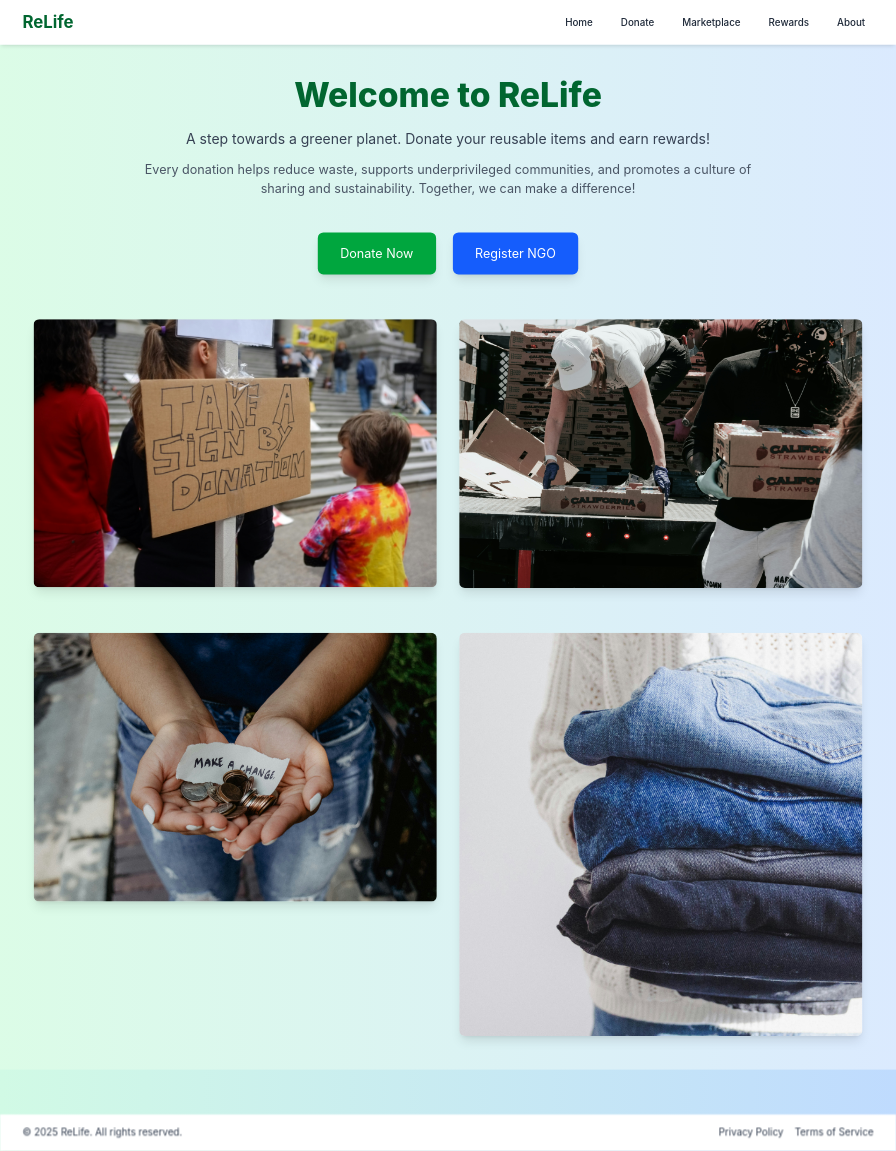
Repository: Harsh-verma24/edonation-drive
Page: / (app in frontend/)
An editor plug-in stored every save of this project. The page is shown before and after the next save, followed by the edit.
The browser window is 1280 px wide. The pictures show the whole page, at 70% of full size.
The project was rebuilt for these pictures with package versions that can differ from the ones it lists, and the page was loaded fresh each time. Also part of the build but not shown: frontend/vite.config.js, frontend/src/utils/axiosInstance.js, frontend/src/pages/Donate.jsx, frontend/src/pages/Rewards.jsx, frontend/src/pages/Marketplace.jsx, frontend/src/pages/About.jsx.

Above is the page before, as saved 2025-10-15 22:35:39.

### frontend/src/main.jsx
import { StrictMode } from 'react'
import { createRoot } from 'react-dom/client'
import './index.css'
import App from './App.jsx'
import { createBrowserRouter, RouterProvider } from 'react-router-dom';
import Navbar from './components/Navbar';
import Home from './pages/Home';
import Donate from './pages/Donate';
import Rewards from './pages/Rewards';
import Marketplace from './pages/Marketplace';
import About from './pages/About';

const router = createBrowserRouter([
  {
    path: '/',
    element: <App />, // Wrap all routes with App to include Navbar and Footer
    children: [
      { path: '/', element: <Home /> },
      { path: '/donate', element: <Donate /> },
      { path: '/rewards', element: <Rewards /> },
      { path: '/marketplace', element: <Marketplace /> },
      { path: '/about', element: <About /> }, // Add route for About page
    ],
  },
]);

createRoot(document.getElementById('root')).render(
  <StrictMode>
    <RouterProvider router={router} />
  </StrictMode>,
)

### frontend/src/index.css
@import "tailwindcss";

@layer base {
  :root {
    --primary-color: #16a34a; /* Green */
    --secondary-color: #2563eb; /* Blue */
    --background-gradient: linear-gradient(to right, #d1fae5, #bfdbfe);
    --text-color: #374151; /* Gray */
  }
}

body {
  background: var(--background-gradient);
  color: var(--text-color);
  font-family: 'Inter', sans-serif;
}

### frontend/src/App.jsx
import React from 'react';
import Navbar from './components/Navbar';
import Footer from './components/Footer';
import { Outlet } from 'react-router-dom';

function App() {
  return (
    <div className="relative min-h-screen">
      <Navbar />
      <main className="pt-16 pb-16">{/* Adjust padding to account for fixed Navbar and Footer */}
        <Outlet />
      </main>
      <Footer />
    </div>
  );
}

export default App;

### frontend/src/components/Navbar.jsx
import React, { useState } from 'react';
import { Menu, X } from 'lucide-react';

const Navbar = () => {
  const [isOpen, setIsOpen] = useState(false);

  const toggleDrawer = () => {
    setIsOpen(!isOpen);
  };

  return (
    <nav className="bg-white bg-opacity-30 backdrop-blur-md shadow-md fixed top-0 left-0 w-full z-50">
      <div className="max-w-7xl mx-auto px-4 sm:px-6 lg:px-8">
        <div className="flex items-center justify-between h-16">
          <div className="flex-shrink-0">
            <a href="/" className="text-2xl font-bold text-green-800">ReLife</a>
          </div>
          <div className="md:hidden">
            <button onClick={toggleDrawer} className="text-gray-800 hover:text-green-600 focus:outline-none">
              {isOpen ? <X size={24} /> : <Menu size={24} />}
            </button>
          </div>
          <div className={`md:flex md:items-center md:space-x-4 ${isOpen ? 'block' : 'hidden'} absolute md:static top-16 left-0 w-full md:w-auto bg-white md:bg-transparent shadow-md md:shadow-none`}>
            <a href="/" className="block text-gray-800 hover:text-green-600 px-3 py-2 rounded-md text-sm font-medium">Home</a>
            <a href="/donate" className="block text-gray-800 hover:text-green-600 px-3 py-2 rounded-md text-sm font-medium">Donate</a>
            <a href="/marketplace" className="block text-gray-800 hover:text-green-600 px-3 py-2 rounded-md text-sm font-medium">Marketplace</a>
            <a href="/rewards" className="block text-gray-800 hover:text-green-600 px-3 py-2 rounded-md text-sm font-medium">Rewards</a>
            <a href="/about" className="block text-gray-800 hover:text-green-600 px-3 py-2 rounded-md text-sm font-medium">About</a>
          </div>
        </div>
      </div>
    </nav>
  );
};

export default Navbar;

### frontend/src/pages/Home.jsx
import React from 'react';

const Home = () => {
  return (
    <div className="p-12 bg-gradient-to-r from-green-100 to-blue-100 min-h-screen">
      <div className="text-center max-w-4xl mx-auto">
        <h1 className="text-5xl font-extrabold text-green-800">Welcome to ReLife</h1>
        <p className="mt-6 text-gray-700 text-xl">A step towards a greener planet. Donate your reusable items and earn rewards!</p>
        <p className="mt-4 text-gray-600 text-lg">Every donation helps reduce waste, supports underprivileged communities, and promotes a culture of sharing and sustainability. Together, we can make a difference!</p>
        <div className="mt-12 flex justify-center space-x-6">
          <a
            href="/donate"
            className="bg-green-600 text-white px-8 py-4 rounded-lg shadow-lg hover:bg-green-700 text-lg"
          >
            Donate Now
          </a>
          <a
            href="/register-ngo"
            className="bg-blue-600 text-white px-8 py-4 rounded-lg shadow-lg hover:bg-blue-700 text-lg"
          >
            Register NGO
          </a>
        </div>
      </div>
      <div className="mt-16 grid grid-cols-1 md:grid-cols-2 gap-8">
        <img
          src="/Hero-1.jpg"
          alt="Hero Image 1"
          className="rounded-lg shadow-lg"
        />
        <img
          src="/Hero-2.jpg"
          alt="Hero Image 2"
          className="rounded-lg shadow-lg"
        />
      </div>
      <div className="mt-16 grid grid-cols-1 md:grid-cols-2 gap-8">
        <img
          src="/katt-yukawa-K0E6E0a0R3A-unsplash.jpg"
          alt="Make a Change"
          className="rounded-lg shadow-lg"
        />
        <img
          src="/maude-frederique-lavoie-EDSTj4kCUcw-unsplash.jpg"
          alt="Blue and White Textile"
          className="rounded-lg shadow-lg"
        />
      </div>
    </div>
  );
};

export default Home;

### frontend/src/components/Footer.jsx
import React from 'react';

const Footer = () => {
  return (
    <footer className="bg-white bg-opacity-30 backdrop-blur-md shadow-md relative bottom-0 left-0 w-full">
      <div className="max-w-7xl mx-auto px-4 sm:px-6 lg:px-8 py-4">
        <div className="flex justify-between items-center">
          <p className="text-gray-700 text-sm">&copy; 2025 ReLife. All rights reserved.</p>
          <div className="flex space-x-4">
            <a href="#" className="text-gray-700 hover:text-green-600 text-sm">Privacy Policy</a>
            <a href="#" className="text-gray-700 hover:text-green-600 text-sm">Terms of Service</a>
          </div>
        </div>
      </div>
    </footer>
  );
};

export default Footer;

Loaded but not shown: frontend/index.html (common file)

After the next save:
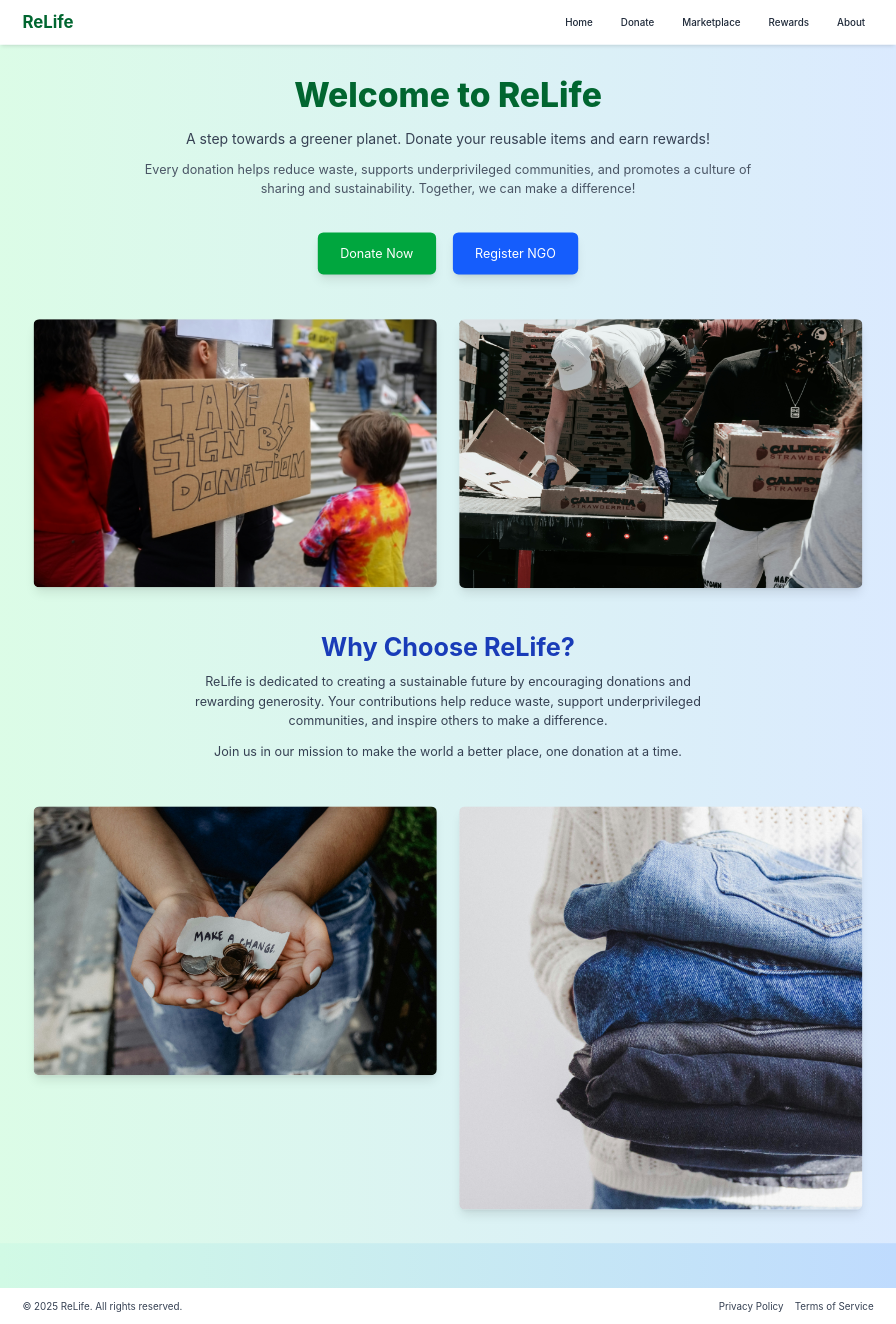
Saved 26 s later.
--- a/frontend/src/pages/Home.jsx
+++ b/frontend/src/pages/Home.jsx
@@ -34,6 +34,11 @@ const Home = () => {
           className="rounded-lg shadow-lg"
         />
       </div>
+      <div className="mt-16 text-center max-w-3xl mx-auto">
+        <h2 className="text-4xl font-bold text-blue-800">Why Choose ReLife?</h2>
+        <p className="mt-4 text-gray-700 text-lg">ReLife is dedicated to creating a sustainable future by encouraging donations and rewarding generosity. Your contributions help reduce waste, support underprivileged communities, and inspire others to make a difference.</p>
+        <p className="mt-4 text-gray-700 text-lg">Join us in our mission to make the world a better place, one donation at a time.</p>
+      </div>
       <div className="mt-16 grid grid-cols-1 md:grid-cols-2 gap-8">
         <img
           src="/katt-yukawa-K0E6E0a0R3A-unsplash.jpg"
